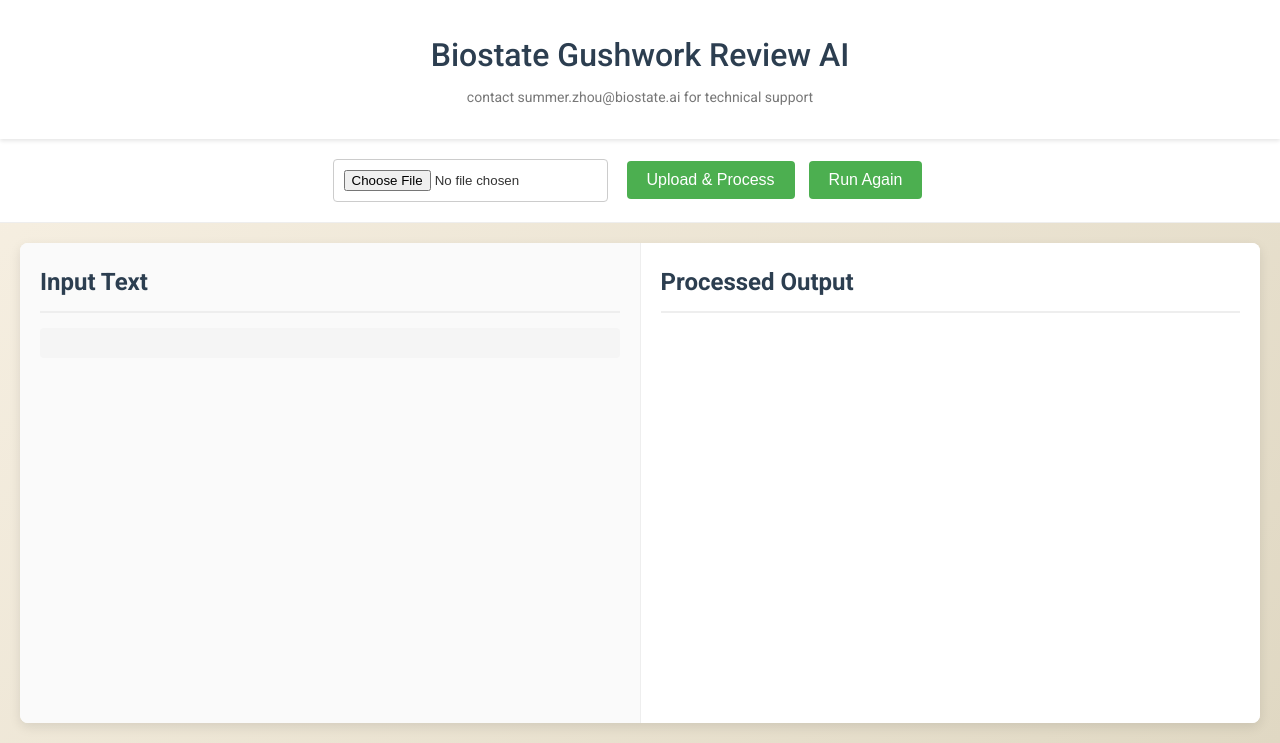
Repository: SummerZ27/gushwork_review
Page: http://localhost/
These files come from the project's save history. The page is drawn as it stood at one moment and after the next save; the edit follows.
The browser window is 1280 px wide. The pictures show the whole page.
The page is served by the project's application, run on Flask 3 (app.py). The session is filled in as if someone had signed in: {"logged_in": true}.

Above is the page before, as saved 2025-03-29 16:37:01.

### templates/index.html
<!DOCTYPE html>
<html lang="en">
<head>
  <meta charset="UTF-8">
  <title>Biostate Gushwork Review AI</title>
  <link href="https://fonts.googleapis.com/css?family=Roboto:300,400,500,700&display=swap" rel="stylesheet">
  <style>
    :root {
      --primary-color: #4CAF50;
      --primary-hover: #45a049;
      --bg-light: #ffffff;
      --bg-dark: #f8f1e4;
      --text-color: #333;
      --accent-color: #2c3e50;
      --card-shadow: 0 4px 12px rgba(0, 0, 0, 0.1);
    }

    /* Global Reset & Body */
    * {
      box-sizing: border-box;
      margin: 0;
      padding: 0;
    }
    body {
      font-family: 'Roboto', sans-serif;
      background: linear-gradient(135deg, #f8f1e4 0%, #e0d8c3 100%);
      color: var(--text-color);
      line-height: 1.6;
      min-height: 100vh;
    }

    /* Header */
    #header {
      text-align: center;
      padding: 30px 20px;
      background: var(--bg-light);
      box-shadow: 0 2px 4px rgba(0,0,0,0.1);
      position: sticky;
      top: 0;
      z-index: 100;
    }
    #header h1 {
      font-size: 32px;
      font-weight: 500;
      margin-bottom: 5px;
      color: var(--accent-color);
    }
    #header p {
      font-size: 14px;
      color: #777;
    }

    /* Upload Section */
    #upload-section {
      padding: 20px;
      text-align: center;
      background: var(--bg-light);
      border-bottom: 1px solid #eee;
      position: sticky;
      top: 80px; /* below header */
      z-index: 90;
    }
    #upload-section input[type="file"] {
      padding: 10px;
      border: 1px solid #ccc;
      border-radius: 4px;
      cursor: pointer;
      margin-right: 10px;
    }
    #upload-section button {
      padding: 10px 20px;
      border: none;
      border-radius: 4px;
      background: var(--primary-color);
      color: #fff;
      font-size: 16px;
      cursor: pointer;
      transition: background 0.3s;
      margin: 0 5px;
    }
    #upload-section button:hover {
      background: var(--primary-hover);
    }
    #status {
      margin-left: 20px;
      font-size: 16px;
      color: #555;
    }

    /* Main Container */
    #container {
      display: flex;
      flex-wrap: wrap;
      margin: 20px;
      background: var(--bg-light);
      border-radius: 8px;
      overflow: hidden;
      box-shadow: var(--card-shadow);
      min-height: calc(100vh - 240px);
    }
    /* Left & Right Panes */
    #left, #right {
      flex: 1;
      padding: 20px;
      overflow-y: auto;
    }
    #left {
      border-right: 1px solid #eee;
      background: #fafafa;
    }
    #right {
      background: #fff;
    }
    h2 {
      font-size: 24px;
      margin-bottom: 15px;
      color: var(--accent-color);
      border-bottom: 2px solid #eee;
      padding-bottom: 10px;
    }

    /* Run Container */
    .runContainer {
      margin-bottom: 30px;
      padding: 20px;
      background: #fdfdfd;
      border-radius: 8px;
      box-shadow: var(--card-shadow);
      transition: transform 0.2s;
    }
    .runContainer:hover {
      transform: translateY(-2px);
    }
    .runContainer h3 {
      font-size: 20px;
      margin-bottom: 15px;
      color: var(--accent-color);
      border-left: 4px solid var(--primary-color);
      padding-left: 10px;
    }
    pre {
      white-space: pre-wrap;
      background: #f5f5f5;
      padding: 15px;
      border-radius: 4px;
      overflow-x: auto;
      font-size: 14px;
      line-height: 1.5;
      margin-bottom: 15px;
    }

    /* Responsive */
    @media (max-width: 800px) {
      #container {
        flex-direction: column;
      }
      #left {
        border-right: none;
        border-bottom: 1px solid #eee;
      }
    }
  </style>
</head>
<body>
  <!-- Header with Title and Support Info -->
  <div id="header">
    <h1>Biostate Gushwork Review AI</h1>
    <p>contact summer.zhou@biostate.ai for technical support</p>
  </div>

  <!-- Upload & Control Section -->
  <div id="upload-section">
      <input type="file" id="fileInput" accept=".txt">
      <button id="uploadBtn">Upload & Process</button>
      <button id="runAgainBtn">Run Again</button>
      <span id="status"></span>
  </div>

  <!-- Main Content Container -->
  <div id="container">
      <!-- Left Pane: Shows Input Text for the Current Run -->
      <div id="left">
          <h2>Input Text</h2>
          <pre id="inputText"></pre>
      </div>
      <!-- Right Pane: Displays Streaming Output Results -->
      <div id="right">
          <h2>Processed Output</h2>
          <div id="resultsContainer">
            <!-- Each run's output will be appended here -->
          </div>
      </div>
  </div>

  <script>
    let lastRevised = "";    // Stores revised text from the last run
    let runCount = 0;        // Run counter for differentiation

    // Function to process the stream from the server.
    function processStream(formData, runNumber) {
      // Create a new container for this run's output.
      const runContainer = document.createElement('div');
      runContainer.className = 'runContainer';
      runContainer.innerHTML = `<h3>Run ${runNumber}</h3>
        <div class="feedbacks"></div>
        <div class="revisedOutput"><pre></pre></div>`;
      document.getElementById('resultsContainer').appendChild(runContainer);

      // Update status message.
      document.getElementById('status').textContent = 'Processing run ' + runNumber + '...';

      fetch('/stream', {
        method: 'POST',
        body: formData
      }).then(response => {
          const reader = response.body.getReader();
          const decoder = new TextDecoder("utf-8");
          let buffer = "";
          function read() {
              reader.read().then(({done, value}) => {
                  if (done) {
                      document.getElementById('status').textContent = 'Run ' + runNumber + ' complete.';
                      return;
                  }
                  buffer += decoder.decode(value, {stream: true});
                  let parts = buffer.split("\n\n");
                  // The last part may be incomplete; keep it in the buffer
                  buffer = parts.pop();
                  parts.forEach(part => {
                      if (part.startsWith("data: ")) {
                          const jsonString = part.substring(6);
                          try {
                              const event = JSON.parse(jsonString);
                              handleEvent(event, runContainer, runNumber);
                          } catch(e) {
                              console.error("Error parsing event:", e);
                          }
                      }
                  });
                  read();
              });
          }
          read();
      }).catch(error => {
          document.getElementById('status').textContent = 'Error occurred.';
          console.error('Error:', error);
      });
    }

    // Handle each SSE event.
    function handleEvent(event, runContainer, runNumber) {
      // For the first event "original", update the left pane to show the input text.
      if (event.event === 'original') {
          document.getElementById('inputText').textContent = event.content;
      } else if (event.event === 'feedback') {
          // Append each reviewer feedback to the current run's feedback container.
          const feedbackContainer = runContainer.querySelector('.feedbacks');
          const div = document.createElement('div');
          div.innerHTML = `<strong>Reviewer ${event.index}:</strong><br><pre>${event.content}</pre>`;
          feedbackContainer.appendChild(div);
      } else if (event.event === 'revised') {
          // Display the revised blog post in the current run's revised output.
          const revisedContainer = runContainer.querySelector('.revisedOutput pre');
          revisedContainer.textContent = event.content;
          // Save this revised text for potential subsequent runs.
          lastRevised = event.content;
      }
    }

    // Handler for the first run via file upload.
    document.getElementById('uploadBtn').addEventListener('click', function() {
        const fileInput = document.getElementById('fileInput');
        if (fileInput.files.length === 0) {
            alert('Please select a .txt file.');
            return;
        }
        const file = fileInput.files[0];

        // Clear previous outputs since a new file is being processed.
        document.getElementById('resultsContainer').innerHTML = "";
        lastRevised = "";
        runCount = 1;

        // Read the file to display its content on the left pane.
        const reader = new FileReader();
        reader.onload = function(e) {
            const text = e.target.result;
            document.getElementById('inputText').textContent = text;
        };
        reader.readAsText(file);

        // Create FormData and process the stream.
        const formData = new FormData();
        formData.append('file', file);
        processStream(formData, runCount);
    });

    // Handler for the "Run Again" button.
    document.getElementById('runAgainBtn').addEventListener('click', function() {
        if (!lastRevised || lastRevised.trim() === "") {
            alert('No revised text available from a previous run.');
            return;
        }
        // Use the last revised text as the new input.
        document.getElementById('inputText').textContent = lastRevised;
        // Create a Blob from the revised text so we can send it as a file.
        const blob = new Blob([lastRevised], { type: "text/plain" });
        const formData = new FormData();
        formData.append('file', blob, "input.txt");
        runCount++;
        processStream(formData, runCount);
    });
  </script>
</body>
</html>

### app.py
from flask import Flask, render_template, request, Response, jsonify, redirect, url_for, session, flash
import concurrent.futures
import json
from anthropic import Anthropic

app = Flask(__name__)
app.secret_key = "abcabcabc"  # Replace with a strong, random secret key

# Set your login password
PASSWORD = "gushwork_pass_biostate"

# --------------------------------------------------------------------
# Configuration
# --------------------------------------------------------------------
API_KEY = "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"
MODEL_NAME = "claude-3-sonnet-20240229"
MAX_TOKENS = 4096

# --------------------------------------------------------------------
# Claude helper function
# --------------------------------------------------------------------
def ask_claude(prompt, question):
    client = Anthropic(api_key=API_KEY)
    full_message = f"{prompt}\n\nQuestion: {question}"
    try:
        message = client.messages.create(
            model=MODEL_NAME,
            max_tokens=MAX_TOKENS,
            messages=[{"role": "user", "content": full_message}]
        )
        return message.content[0].text
    except Exception as e:
        return f"Error occurred: {str(e)}"

# --------------------------------------------------------------------
# Prompts
# --------------------------------------------------------------------
reviewer_prompt = (
    "You are a specialized blog content reviewer for Biostate AI.\n"
    "Please do the following:\n\n"
    "1. Identify any wrong or partially incorrect scientific or technical facts.\n"
    "2. Identify any incorrect wording or awkward syntax.\n"
    "3. Determine whether the ending paragraph aligns with Biostate AI’s tone and voice.\n\n"
    "Be concise but thorough and accurate in your feedback. For any of these fields, if u don't think there are any wrong or incorrect information, you can also answer no."
)

rewriter_prompt_template = (
    "You are a rewriting agent for Biostate AI.\n"
    "Here is the original blog post, followed by feedback from three reviewers.\n\n"
    "Your tasks:\n"
    "1. Incorporate all their feedback to correct any factual inaccuracies.\n"
    "2. Fix awkward syntax or incorrect wording.\n"
    "3. Ensure the final post has an ending paragraph that aligns with Biostate AI’s brand tone/voice.\n"
    "4. Preserve as much of the original style and meaning as possible. Don't feel the need to paraphrase, keep the original wording if there are no feedbacks to change them. \n"
    "5. Keep the Sources section or Citations section or footnotes and endnotes section exactly the same, for example [a], [b] endnotes. They should be kept exactly the same, word by word.\n\n"
    "ORIGINAL BLOG POST:\n"
    "---\n{original}\n---\n\n"
    "REVIEWER FEEDBACKS:\n"
    "---\n1) {f1}\n\n2) {f2}\n\n3) {f3}\n---\n\n"
    "Now please provide a fully revised version of the blog."
)

# --------------------------------------------------------------------
# Helper functions
# --------------------------------------------------------------------
def review_blog(blog_text):
    return ask_claude(reviewer_prompt, blog_text)

def rewrite_blog(original_text, feedbacks):
    combined_prompt = rewriter_prompt_template.format(
        original=original_text,
        f1=feedbacks[0],
        f2=feedbacks[1],
        f3=feedbacks[2]
    )
    return ask_claude(combined_prompt, "Please provide the revised text now.")

# --------------------------------------------------------------------
# Streaming Endpoint
# --------------------------------------------------------------------
@app.route('/stream', methods=['POST'])
def stream():
    # Validate file input
    file = request.files.get('file')
    if not file:
        return jsonify(error="No file provided"), 400
    try:
        original_text = file.read().decode('utf-8')
    except Exception as e:
        return jsonify(error=str(e)), 400

    def generate():
        yield f"data: {json.dumps({'event': 'original', 'content': original_text})}\n\n"

        feedbacks = []
        with concurrent.futures.ThreadPoolExecutor(max_workers=3) as executor:
            futures = [executor.submit(review_blog, original_text) for _ in range(3)]
            for i, future in enumerate(concurrent.futures.as_completed(futures)):
                feedback = future.result()
                feedbacks.append(feedback)
                yield f"data: {json.dumps({'event': 'feedback', 'index': i+1, 'content': feedback})}\n\n"

        # Optional: ensure order if needed
        feedbacks = sorted(feedbacks, key=lambda x: feedbacks.index(x))
        revised = rewrite_blog(original_text, feedbacks)
        yield f"data: {json.dumps({'event': 'revised', 'content': revised})}\n\n"

    return Response(
        generate(),
        mimetype='text/event-stream',
        headers={"X-Accel-Buffering": "no", "Cache-Control": "no-cache"}
    )

# --------------------------------------------------------------------
# Login Routes
# --------------------------------------------------------------------
@app.route('/login', methods=["GET", "POST"])
def login():
    if request.method == "POST":
        password = request.form.get("password")
        if password == PASSWORD:
            session["logged_in"] = True
            return redirect(url_for("index"))
        else:
            flash("Incorrect password", "error")
            return render_template("login.html")
    return render_template("login.html")

# Protect the main page so only logged-in users can access it.
@app.route('/')
def index():
    if not session.get("logged_in"):
        return redirect(url_for("login"))
    return render_template('index.html')

if __name__ == '__main__':
    app.run(debug=True)

After the next save:
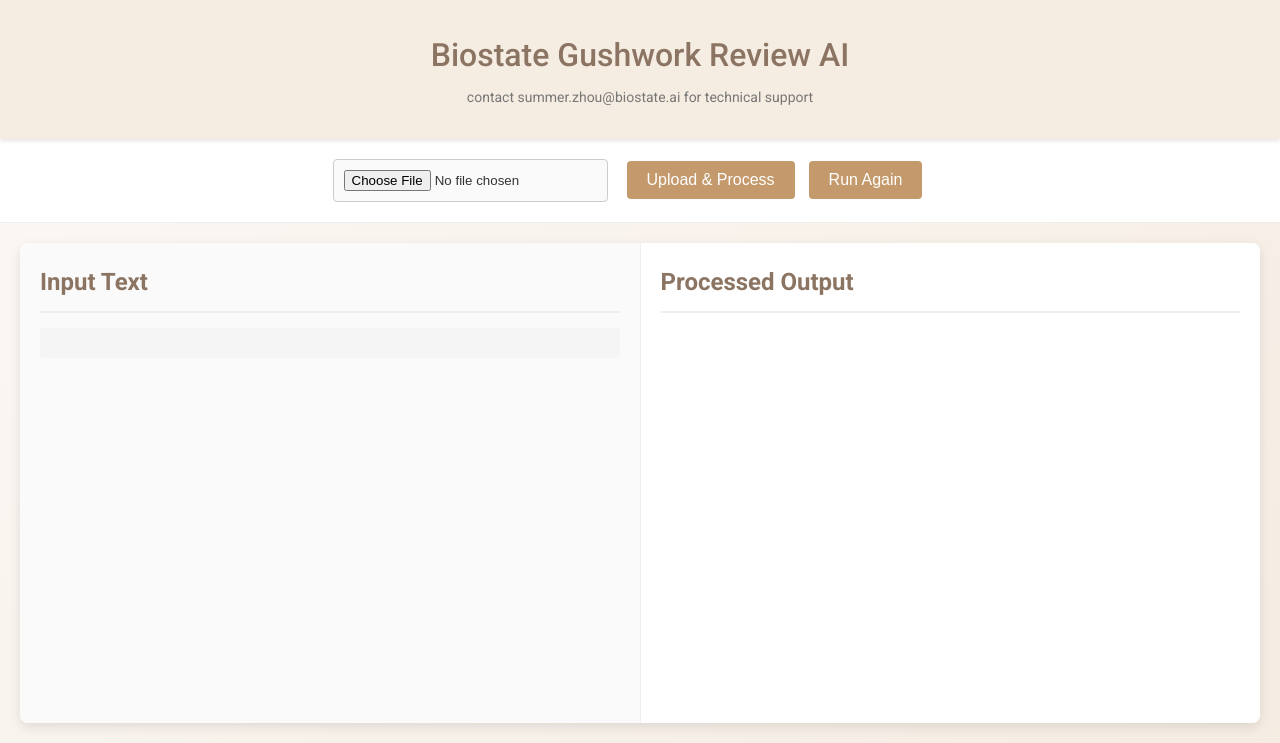
Saved 14 s later.
--- a/templates/index.html
+++ b/templates/index.html
@@ -6,12 +6,13 @@
   <link href="https://fonts.googleapis.com/css?family=Roboto:300,400,500,700&display=swap" rel="stylesheet">
   <style>
     :root {
-      --primary-color: #4CAF50;
-      --primary-hover: #45a049;
-      --bg-light: #ffffff;
-      --bg-dark: #f8f1e4;
+      /* Color Variables */
+      --primary-color: #C49A6C;      /* Warm medium brown */
+      --primary-hover: #B68A5E;      /* Slightly darker shade */
+      --bg-light: #F5ECE2;          /* Main beige background */
+      --bg-lighter: #FCF8F5;        /* Even lighter background for gradient */
+      --accent-color: #8C7463;      /* Darker brown accent */
       --text-color: #333;
-      --accent-color: #2c3e50;
       --card-shadow: 0 4px 12px rgba(0, 0, 0, 0.1);
     }
 
@@ -23,7 +24,7 @@
     }
     body {
       font-family: 'Roboto', sans-serif;
-      background: linear-gradient(135deg, #f8f1e4 0%, #e0d8c3 100%);
+      background: linear-gradient(135deg, var(--bg-lighter) 0%, var(--bg-light) 100%);
       color: var(--text-color);
       line-height: 1.6;
       min-height: 100vh;
@@ -54,10 +55,10 @@
     #upload-section {
       padding: 20px;
       text-align: center;
-      background: var(--bg-light);
+      background: #fff;
       border-bottom: 1px solid #eee;
       position: sticky;
-      top: 80px; /* below header */
+      top: 100px; /* below header */
       z-index: 90;
     }
     #upload-section input[type="file"] {
@@ -66,6 +67,7 @@
       border-radius: 4px;
       cursor: pointer;
       margin-right: 10px;
+      background: #fafafa;
     }
     #upload-section button {
       padding: 10px 20px;
@@ -92,7 +94,7 @@
       display: flex;
       flex-wrap: wrap;
       margin: 20px;
-      background: var(--bg-light);
+      background: #fff;
       border-radius: 8px;
       overflow: hidden;
       box-shadow: var(--card-shadow);
